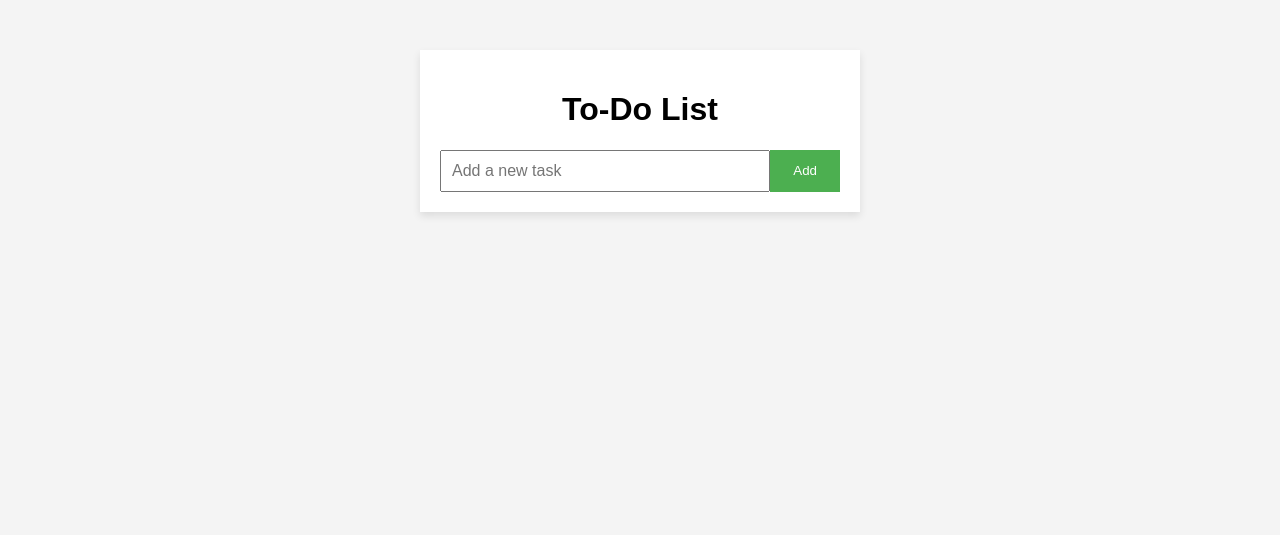
Repository: thinhdh04/python-cuoiky
Page: http://localhost/
These files come from the project's save history. The page is drawn as it stood at one moment and after the next save; the edit follows.
The browser window is 1280 px wide. The pictures show the whole page.
The page is served by the project's application, run on Flask 3 (Bai3/Bai3.py). Queries for data that is not in the repository find no rows.

Above is the page before, as saved 2024-11-23 08:35:29.

After the next save:
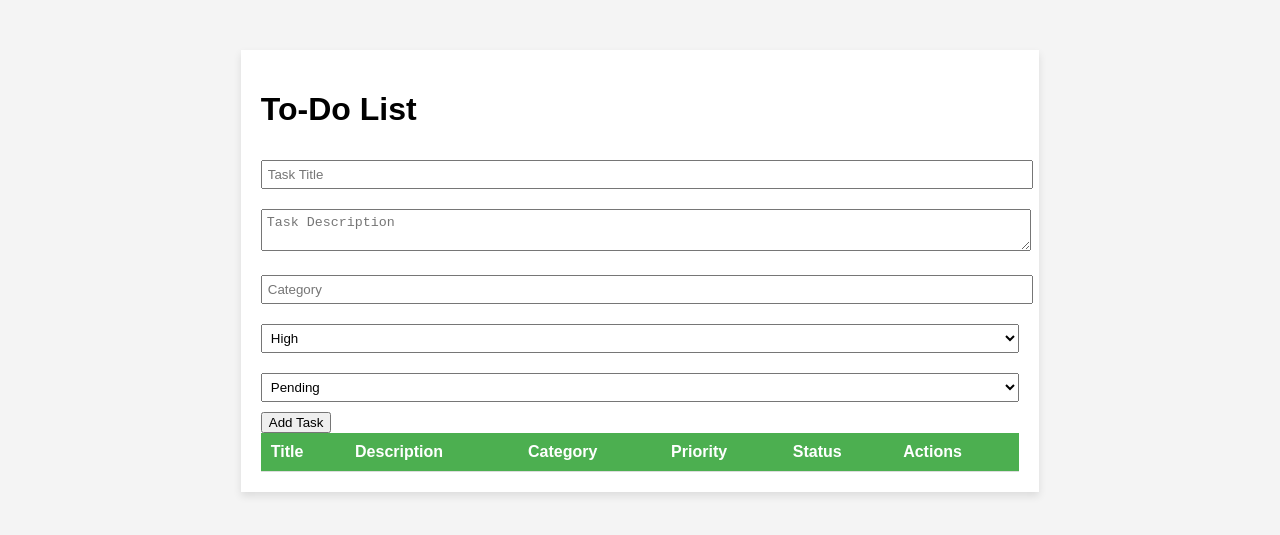
Saved 15 s later.
--- a/Bai3/templates/index.html
+++ b/Bai3/templates/index.html
@@ -5,78 +5,60 @@
     <meta name="viewport" content="width=device-width, initial-scale=1.0">
     <title>To-Do List</title>
     <style>
-        body {
-            font-family: Arial, sans-serif;
-            background-color: #f4f4f4;
-            margin: 0;
-            padding: 0;
-        }
-        .container {
-            width: 400px;
-            margin: 50px auto;
-            background-color: #fff;
-            padding: 20px;
-            box-shadow: 0 4px 8px rgba(0, 0, 0, 0.1);
-        }
-        h1 {
-            text-align: center;
-        }
-        ul {
-            list-style-type: none;
-            padding: 0;
-        }
-        li {
-            padding: 10px;
-            border-bottom: 1px solid #ddd;
-            display: flex;
-            justify-content: space-between;
-        }
-        button {
-            padding: 5px 10px;
-            cursor: pointer;
-            background-color: red;
-            color: white;
-            border: none;
-        }
-        form {
-            display: flex;
-            justify-content: space-between;
-            margin-top: 20px;
-        }
-        input[type="text"] {
-            width: 80%;
-            padding: 10px;
-            font-size: 16px;
-        }
-        input[type="submit"] {
-            width: 18%;
-            padding: 10px;
-            background-color: #4CAF50;
-            color: white;
-            border: none;
-            cursor: pointer;
-        }
+        body { font-family: Arial, sans-serif; background-color: #f4f4f4; }
+        .container { width: 60%; margin: 50px auto; background-color: #fff; padding: 20px; box-shadow: 0 4px 8px rgba(0, 0, 0, 0.1); }
+        table { width: 100%; border-collapse: collapse; }
+        th, td { padding: 10px; text-align: left; border-bottom: 1px solid #ddd; }
+        th { background-color: #4CAF50; color: white; }
+        button { padding: 5px 10px; cursor: pointer; background-color: red; color: white; border: none; }
+        select, input[type="text"], textarea { padding: 5px; width: 100%; margin: 10px 0; }
     </style>
 </head>
 <body>
 
 <div class="container">
     <h1>To-Do List</h1>
-    <ul>
+    <form action="{{ url_for('add_task') }}" method="POST">
+        <input type="text" name="title" placeholder="Task Title" required><br>
+        <textarea name="description" placeholder="Task Description"></textarea><br>
+        <input type="text" name="category" placeholder="Category" required><br>
+        <select name="priority">
+            <option value="High">High</option>
+            <option value="Medium">Medium</option>
+            <option value="Low">Low</option>
+        </select><br>
+        <select name="status">
+            <option value="Pending">Pending</option>
+            <option value="In Progress">In Progress</option>
+            <option value="Completed">Completed</option>
+        </select><br>
+        <input type="submit" value="Add Task">
+    </form>
+    <table>
+        <tr>
+            <th>Title</th>
+            <th>Description</th>
+            <th>Category</th>
+            <th>Priority</th>
+            <th>Status</th>
+            <th>Actions</th>
+        </tr>
         {% for task in tasks %}
-        <li>
-            {{ task['task'] }}
-            <form action="{{ url_for('delete_task', id=task['id']) }}" method="POST" style="display: inline;">
-                <button type="submit">Delete</button>
-            </form>
-        </li>
+        <tr>
+            <td>{{ task['title'] }}</td>
+            <td>{{ task['description'] }}</td>
+            <td>{{ task['category'] }}</td>
+            <td>{{ task['priority'] }}</td>
+            <td>{{ task['status'] }}</td>
+            <td>
+                <a href="{{ url_for('edit_task', id=task['id']) }}">Edit</a> |
+                <form action="{{ url_for('delete_task', id=task['id']) }}" method="POST" style="display:inline;">
+                    <button type="submit">Delete</button>
+                </form>
+            </td>
+        </tr>
         {% endfor %}
-    </ul>
-
-    <form action="{{ url_for('add_task') }}" method="POST">
-        <input type="text" name="task" placeholder="Add a new task" required>
-        <input type="submit" value="Add">
-    </form>
+    </table>
 </div>
 
 </body>
